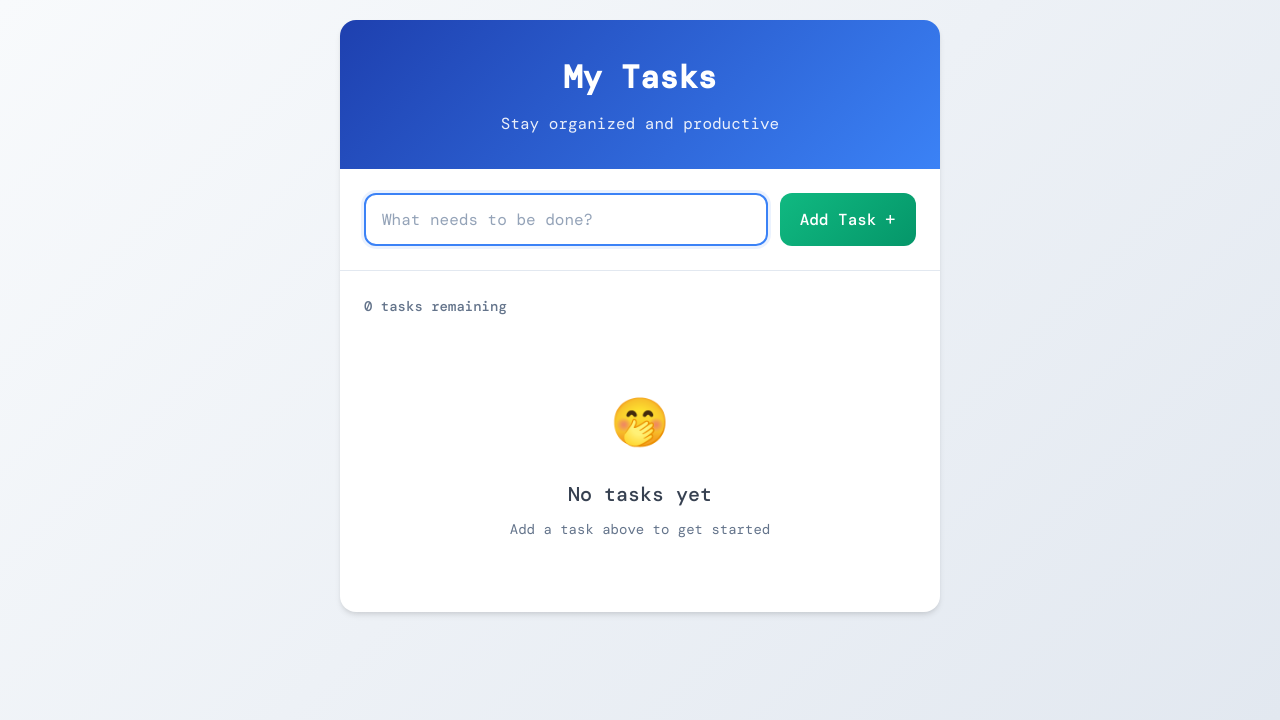
Repository: neelpatel6262/task-manager
Page: index.html
The author's editor kept a copy of each file at every save. The page is drawn from the files as they stood at one save, then again after the next save.
The browser window is 1280 px wide. The pictures show the whole page.
Some web fonts or font styles are not loaded; a fallback is used.

Above is the page before, as saved 2025-09-22 14:27:27.

After the next save:
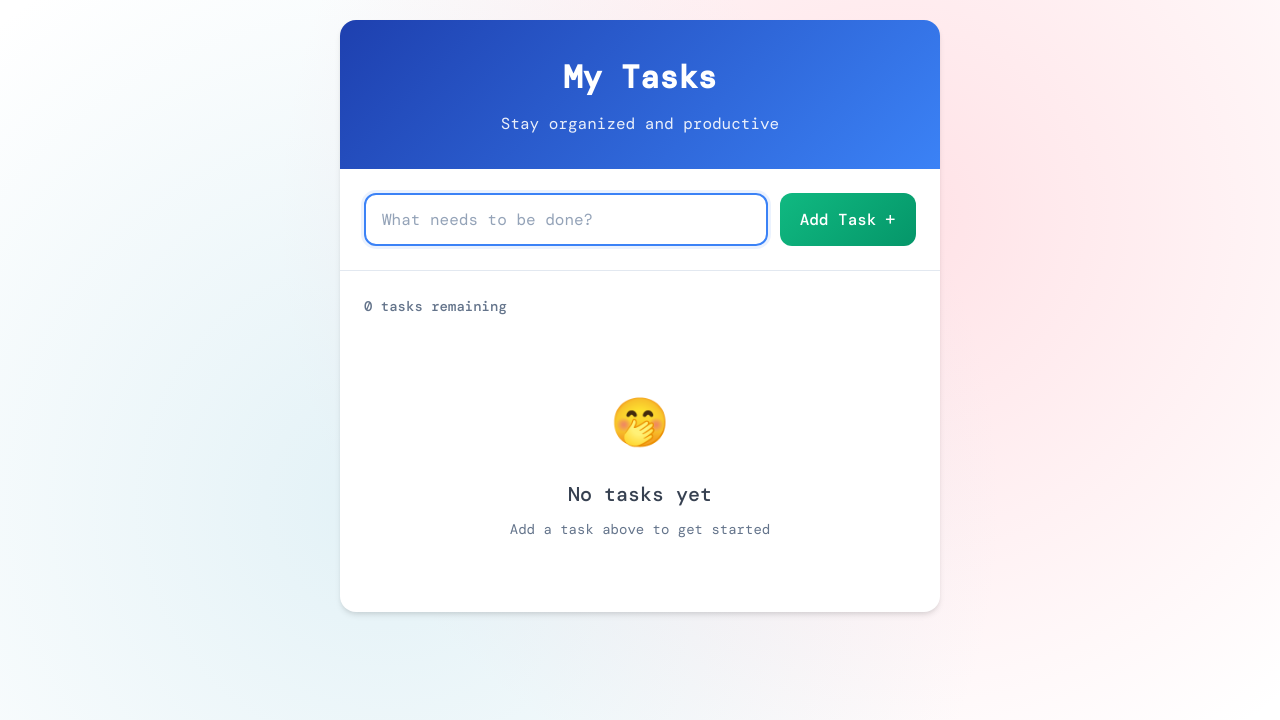
Saved 8 min 28 s later.
--- a/style.css
+++ b/style.css
@@ -6,7 +6,8 @@
     }
 
     body {
-      background: linear-gradient(135deg, #f8fafc 0%, #e2e8f0 100%);
+      background:   radial-gradient(circle at 30% 70%, rgba(173, 216, 230, 0.35), transparent 60%),
+        radial-gradient(circle at 70% 30%, rgba(255, 182, 193, 0.4), transparent 60%);
       color: #1e293b;
       line-height: 1.6;
       min-height: 100vh;
